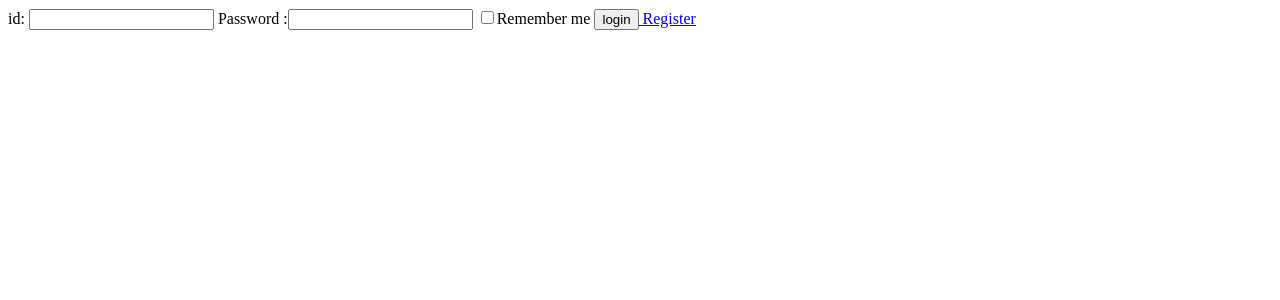
Repository: ashwinibd6697/ust-19sep-ashwinibd
Page: ust-java/empwebapp/WebContent/login.html
These files come from the project's save history. The page is drawn as it stood at one moment and after the next save; the edit follows.
The browser window is 1280 px wide. The pictures show the whole page.

Above is the page before, as saved 2019-11-15 09:08:52.

### ust-java/empwebapp/WebContent/login.html
<!DOCTYPE html>
<html>
<head>
<meta charset="ISO-8859-1">
<title>Insert title here</title>
</head>
<body>
  <form action="">
  id: <input name ="id" type="text">
  Password :<input name ="password" type="password">
    <input type ="checkbox">Remember me
   <a href ="home.html"> <input type ="submit" value ="login">  </a>
    <a href="register.html">Register</a>
    </form>

</body>
</html>

After the next save:
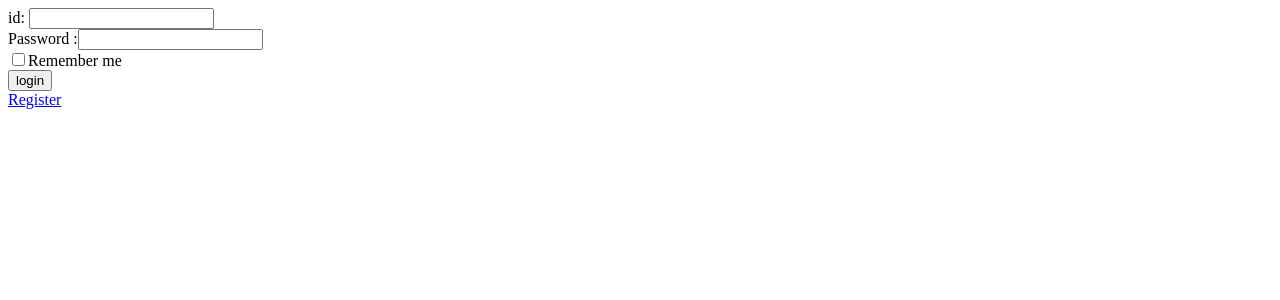
Saved 5 min 40 s later.
--- a/ust-java/empwebapp/WebContent/login.html
+++ b/ust-java/empwebapp/WebContent/login.html
@@ -6,10 +6,10 @@
 </head>
 <body>
   <form action="">
-  id: <input name ="id" type="text">
-  Password :<input name ="password" type="password">
-    <input type ="checkbox">Remember me
-   <a href ="home.html"> <input type ="submit" value ="login">  </a>
+  id: <input name ="id" type="text"><br>
+  Password :<input name ="password" type="password"><br>
+    <input type ="checkbox">Remember me<br>
+   <a href ="home.html"> <input type ="submit" value ="login">  </a><br>
     <a href="register.html">Register</a>
     </form>
 
